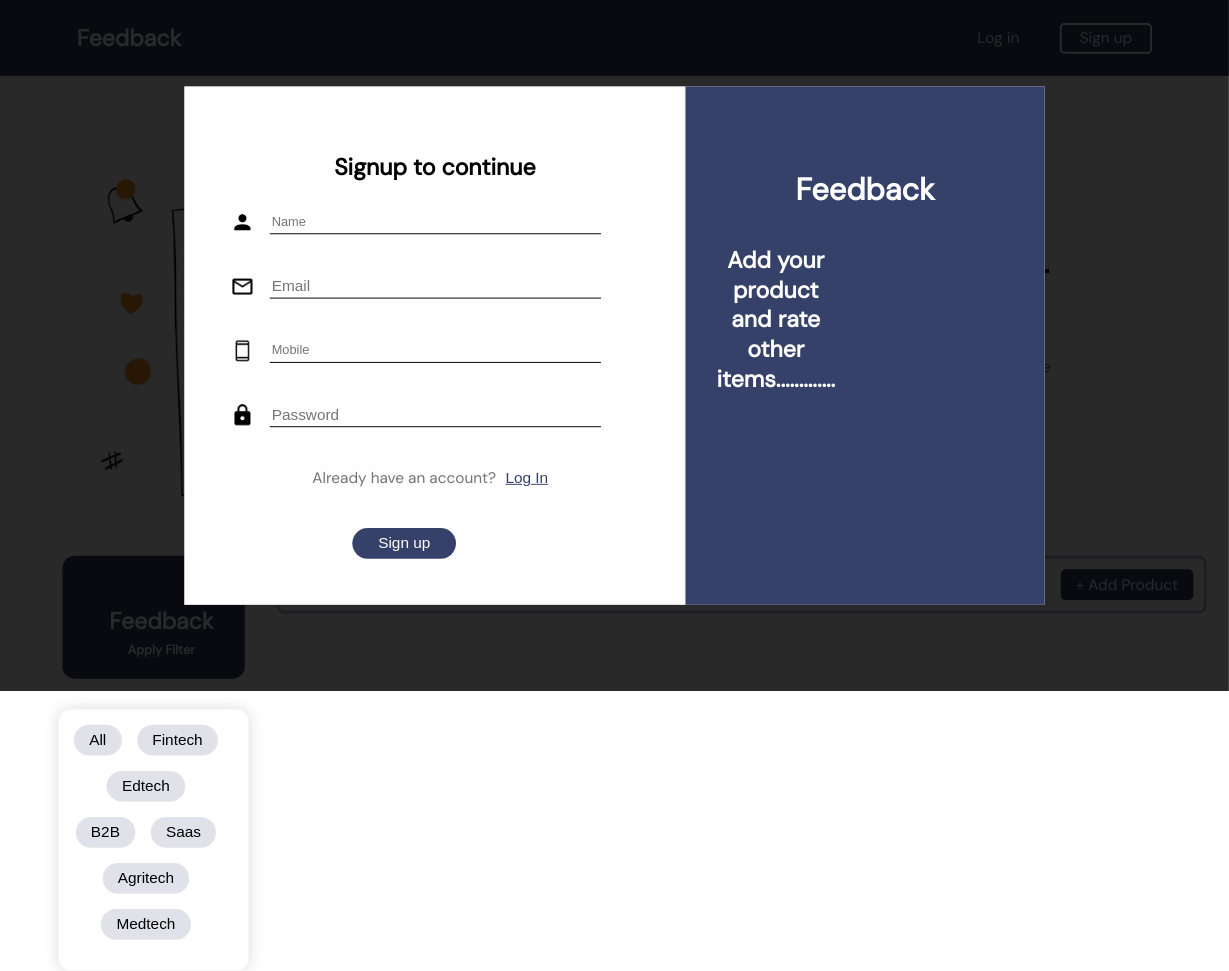
Repository: drumsmanku/final-evaluation-test
Page: / (app in client/), after clicking the first element matching `button.btn-main-page-register`
These files come from the project's save history. The page is drawn as it stood at one moment and after the next save; the edit follows.
The browser window is 1280 px wide. The pictures show the whole page, at 96% of full size.
The page's requests for data from a server got no answer. The project was rebuilt for these pictures with package versions that can differ from the ones it lists, and the page was loaded fresh each time. No one was signed in, and anything a server would have sent is missing. Also part of the build but not shown: client/src/Components/LoginPopUp.js, client/src/Components/AddProductPopUp.js, client/src/Components/SignUp.js, client/src/Components/Login.js.

Above is the page before, as saved 2023-07-30 15:13:21.

After the next save:
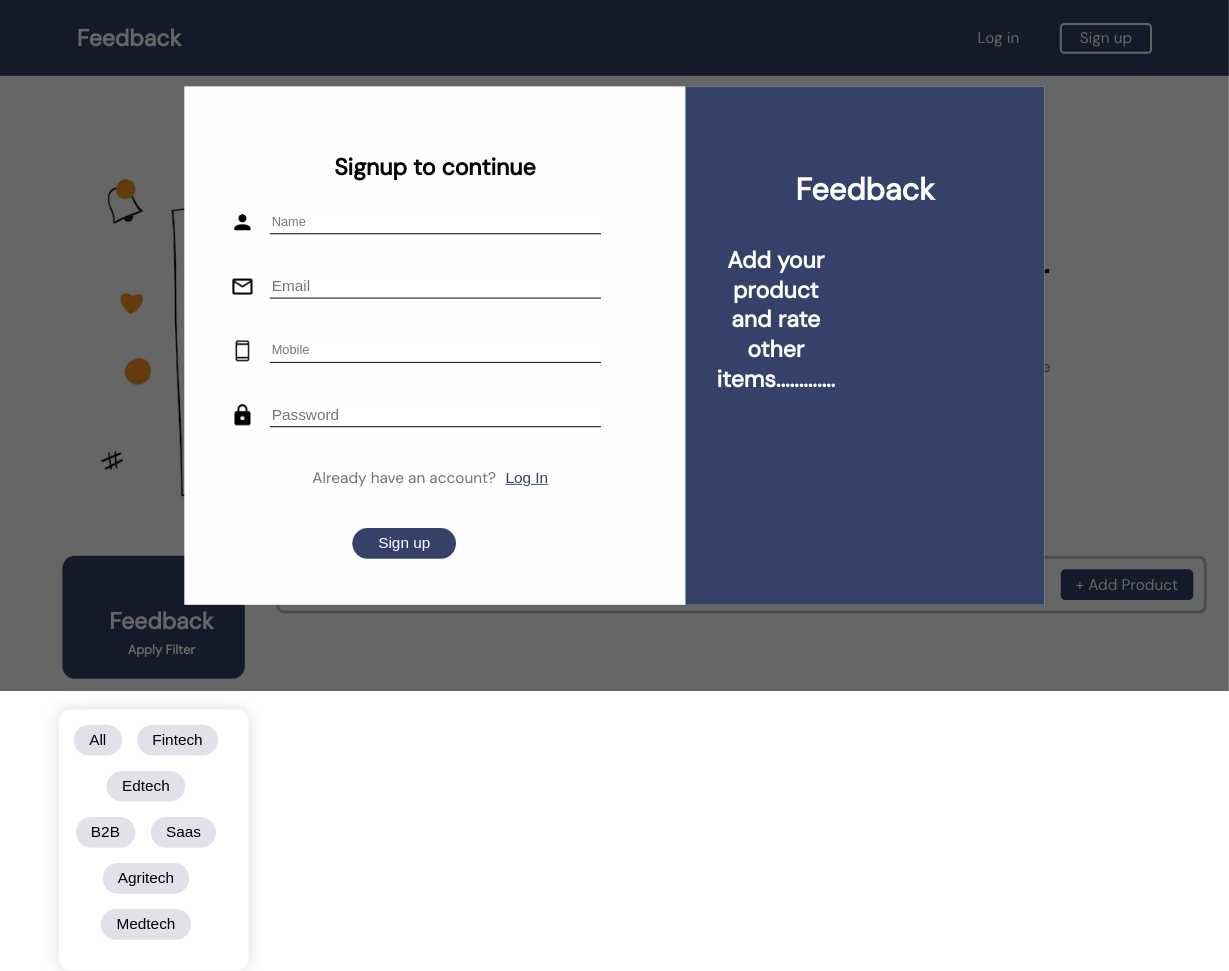
Saved 64 min 32 s later.
--- a/client/src/Components/MainPage.js
+++ b/client/src/Components/MainPage.js
@@ -151,7 +151,22 @@ function MainPage() {
           </div>
           {showLoginModal && <LoginPopUp closeModal={() => setShowLoginModal(false)} showLoginModal={showLoginModal} />}
           {showSignupModal && <SignupPopUp closeModal={() => setShowSignupModal(false)} showSignupModal={showSignupModal} />}
-          {isLoggedIn? (showAddModal && <AddProductPopUp closeModal={() => setShowAddModal(false)} showAddModal={showAddModal} />):(showSignupModal && <SignupPopUp closeModal={() => setShowSignupModal(false)} showSignupModal={showSignupModal} />)}
+          {isLoggedIn ? (
+            showAddModal && (
+              <AddProductPopUp
+                closeModal={() => setShowAddModal(false)}
+                showAddModal={showAddModal}
+              />
+            )
+          ) : (
+            // LoginPopUp component
+            showLoginModal && (
+              <LoginPopUp
+                closeModal={() => setShowLoginModal(false)}
+                showLoginModal={showLoginModal}
+              />
+            )
+          )}
 
 
           <div className="product-cards">
